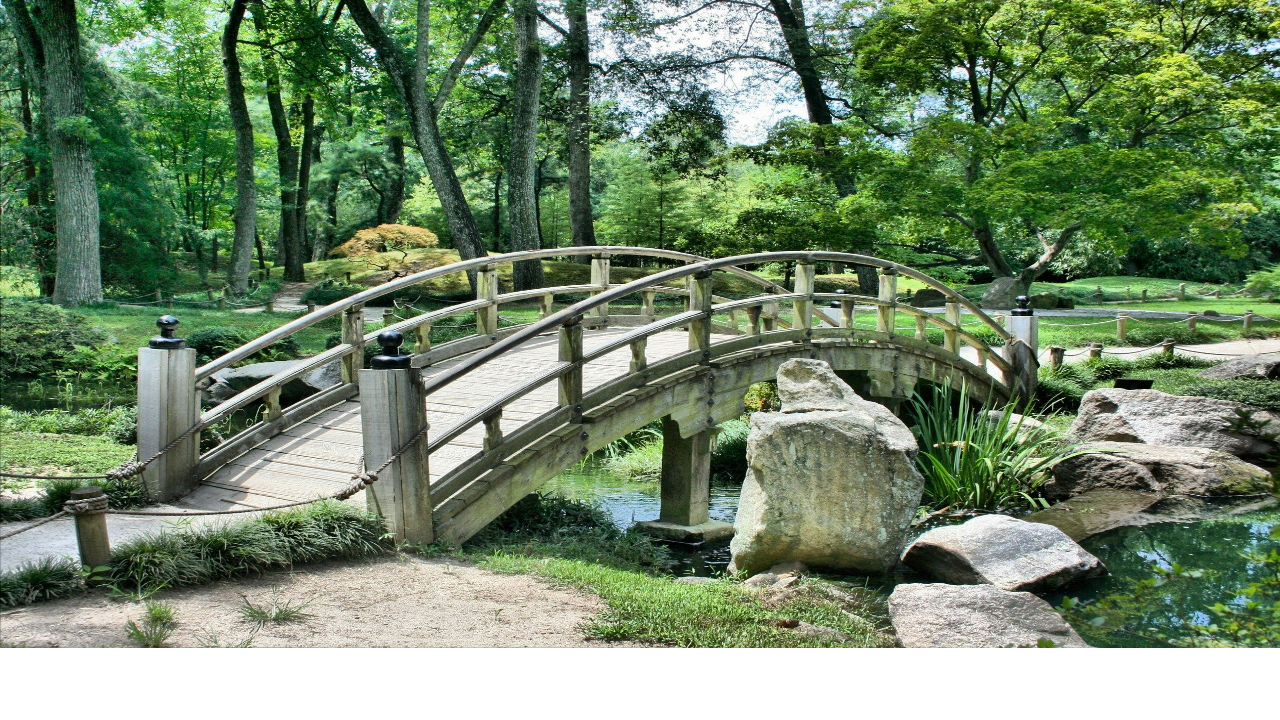
Repository: PatryxB/garden
Page: http://localhost/
An editor plug-in stored every save of this project. The page is shown before and after the next save, followed by the edit.
The browser window is 1280 px wide. The pictures show the whole page.
The page is served by the project's Laravel application, run on PHP 8.4 with Laravel 8. Style sheets and scripts are compiled from the project's sources, by tool versions that may differ from the author's.

Above is the page before, as saved 2020-05-01 20:50:11.

After the next save:
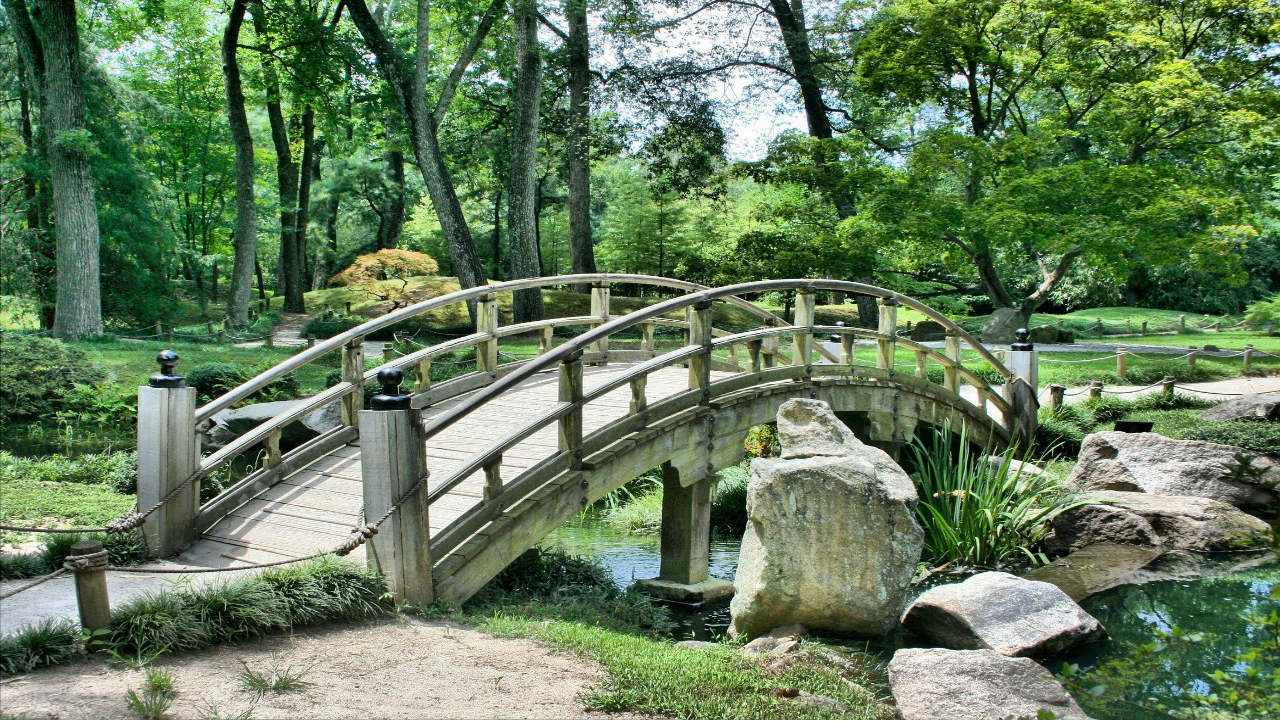
Saved 11 s later.
--- a/resources/sass/app.scss
+++ b/resources/sass/app.scss
@@ -5,6 +5,6 @@ html, body{
 }
 .banner img{
     width: 100%;
-    height: 90vh;
+    height: 100vh;
     position: relative;
 }
